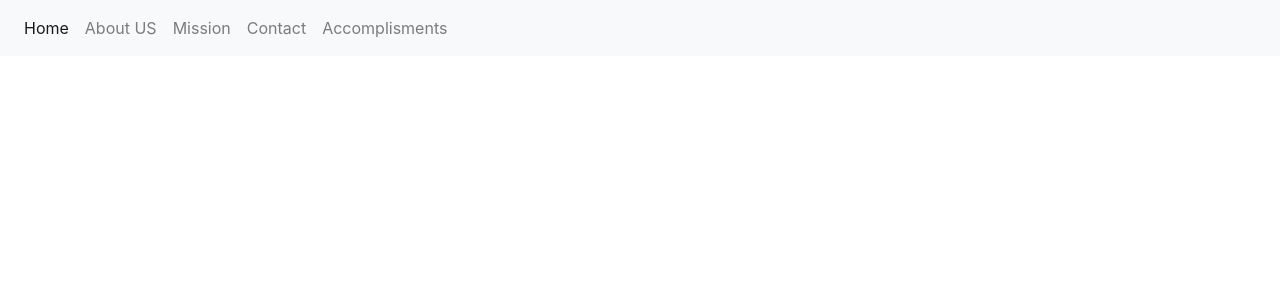
Repository: vipulx44/Prayas-Seva
Page: http://localhost/
These files come from the project's save history. The page is drawn as it stood at one moment and after the next save; the edit follows.
The browser window is 1280 px wide. The pictures show the whole page.
Some web libraries are served in a nearby version. The page is run by PHP 8.4 with error messages shown; the project is at /var/www/html/.

Above is the page before, as saved 2017-09-23 13:50:25.

After the next save:
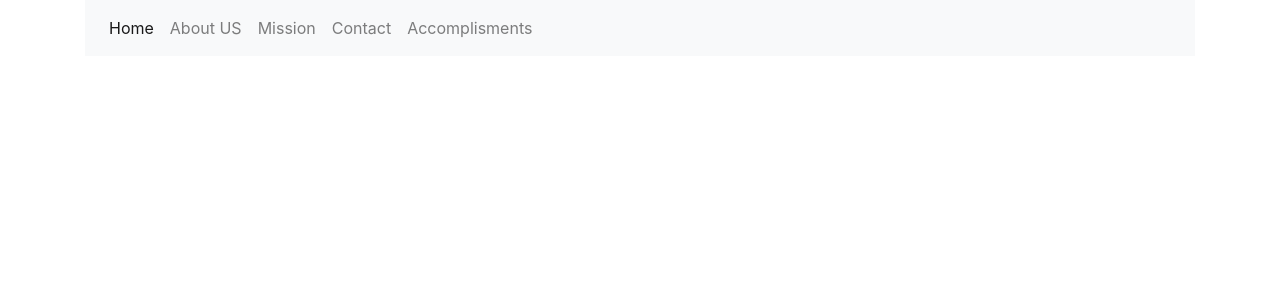
Saved 4 min 31 s later.
--- a/Prayasfirst/index.php
+++ b/Prayasfirst/index.php
@@ -21,28 +21,29 @@
 
 	<body>
 
+		<div class="container">
 		<nav class="navbar navbar-expand-lg navbar-light bg-light">
-
-			 <div class="collapse navbar-collapse" id="navbarSupportedContent">
-				     <ul class="navbar-nav mr-auto">
-				      <li class="nav-item active">
-				        <a class="nav-link" href="#">Home <span class="sr-only">(current)</span></a>
-				      </li>
-				      <li class="nav-item">
-				        <a class="nav-link" href="#">About US</a>
-				      </li>
-				      <li class="nav-item">
-				        <a class="nav-link" href="#">Mission</a>
-				      </li>
-				      <li class="nav-item">
-				        <a class="nav-link" href="#">Contact</a>
-				      </li>
-				      <li class="nav-item">
-				        <a class="nav-link" href="#">Accomplisments</a>
-				      </li>
-				    </ul>
-			</div>
-		</nav>  <!-- End Main Navigation -->
+				<div class="collapse navbar-collapse" id="navbarSupportedContent">
+					     <ul class="navbar-nav mr-auto">
+					      <li class="nav-item active">
+					        <a class="nav-link" href="#">Home <span class="sr-only">(current)</span></a>
+					      </li>
+					      <li class="nav-item">
+				    	    <a class="nav-link" href="#">About US</a>
+					      </li>
+					      <li class="nav-item">
+					        <a class="nav-link" href="#">Mission</a>
+					      </li>
+					      <li class="nav-item">
+					        <a class="nav-link" href="#">Contact</a>
+					      </li>
+					      <li class="nav-item">
+				        	<a class="nav-link" href="#">Accomplisments</a>
+				    	  </li>
+					    </ul>
+				</div>
+			</nav>  <!-- End Main Navigation -->
+		</div>
 
 	</body>
 
